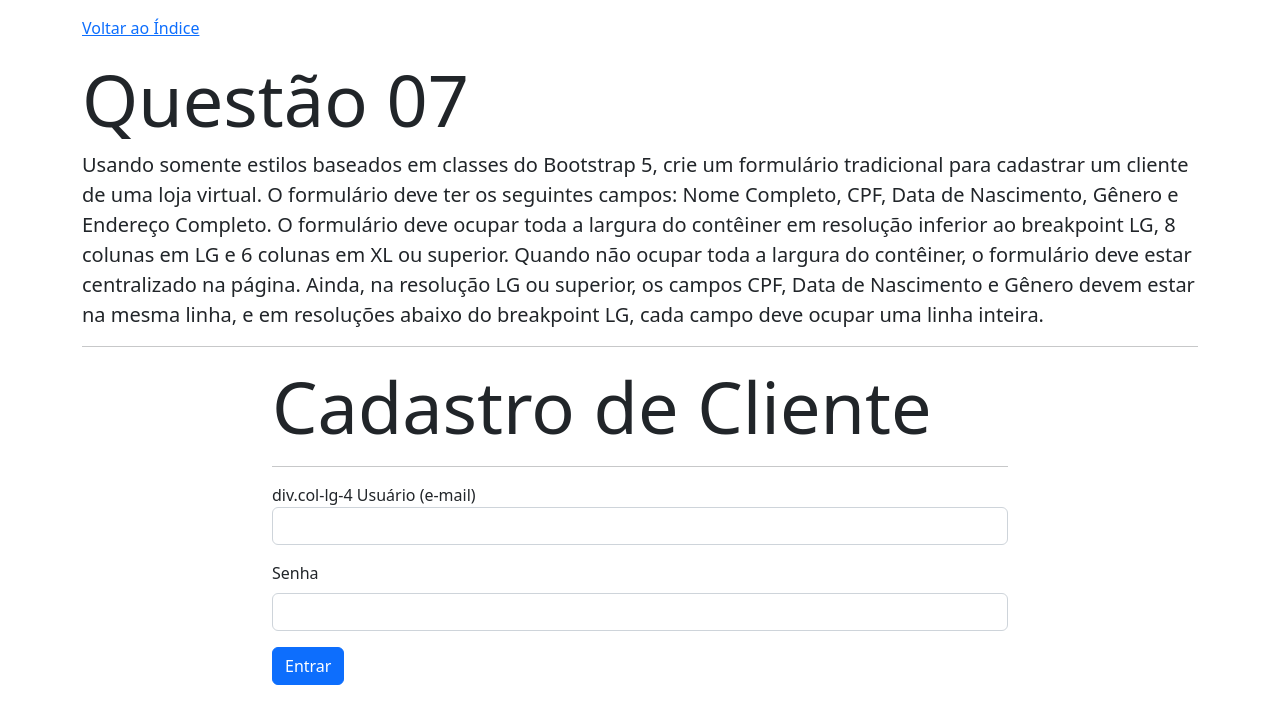
Repository: In-Game-full/Reprograme-se
Page: S-8/Atividade-Pratica-da-Semana-3-do-Replit/questao07.html
The author's editor kept a copy of each file at every save. The page is drawn from the files as they stood at one save, then again after a run of saves.
The browser window is 1280 px wide. The pictures show the whole page.

Above is the page before, as saved 2023-09-12 15:31:51.

After the next 2 saves:
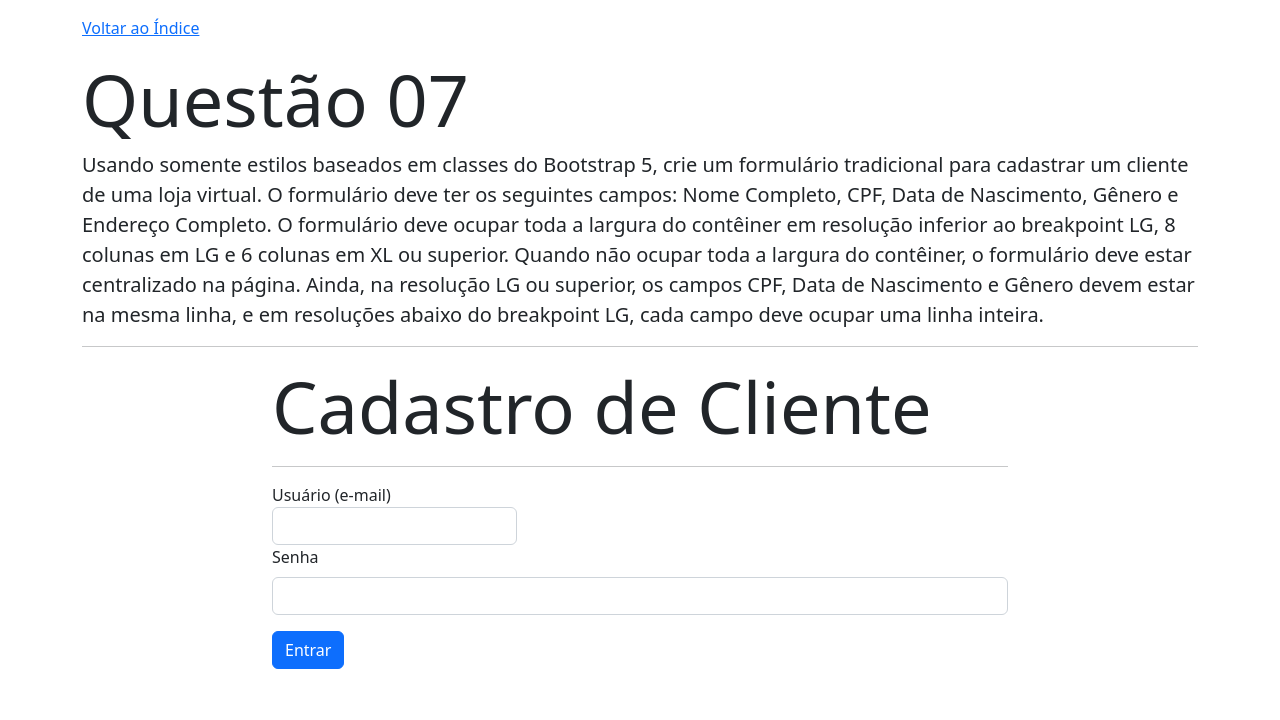
The 2 saves are shown as one change because they came seconds apart.
The last was saved 7 s later.
--- a/S-8/Atividade-Pratica-da-Semana-3-do-Replit/questao07.html
+++ b/S-8/Atividade-Pratica-da-Semana-3-do-Replit/questao07.html
@@ -27,7 +27,7 @@
                 <hr>
                 <form action="">
                     <div class="mb-3">
-                        div.col-lg-4
+                        <div class="col-lg-4">
                         <label for="" cass="form-label">Usuário (e-mail)</label>
                         <input type="text" class="form-control">
                     </div>
